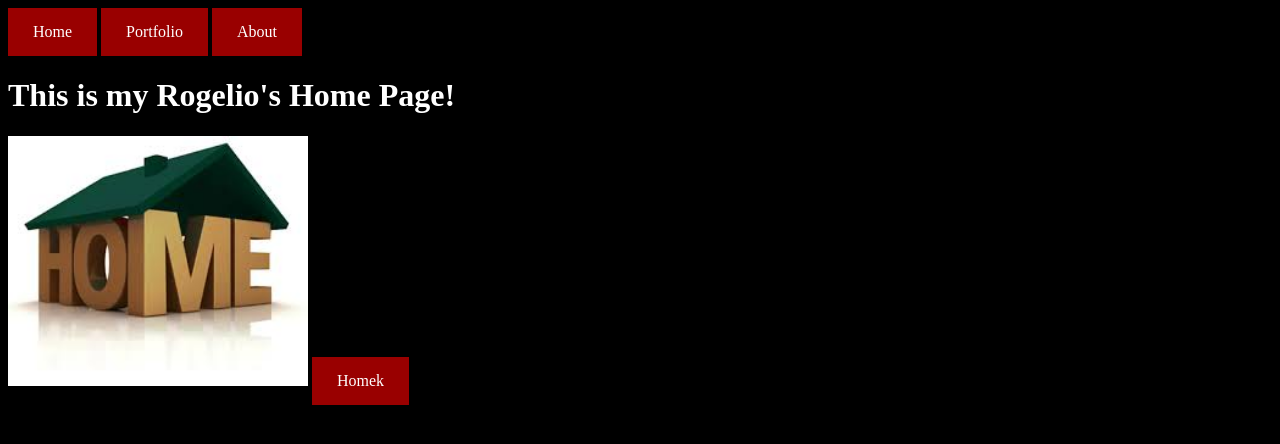
Repository: ralcocer1890/ralcocer1890.github.io
Page: my_website/index.html
The author's editor kept a record of every edit. The page is drawn from the files as they stood at one moment, then again after the next edit.
The browser window is 1280 px wide. The pictures show the whole page.

Above is the page before.

### my_website/index.html
<!doctype html>
<html lang="en">
  <head>

    <meta charset="utf-8">
    <title>Home</title>
  </head>
  <body>
    <a href="index.html">Home</a>
    <a href="portfolio.html">Portfolio</a>
    <a href="about.html">About</a>
    <h1>This is my Rogelio's Home Page!</h1>
    <img src="images/home.jpg" height="250">

    <style>
h1 {color:white;}
</style>

<body style="background-color:black;">

  <style>
a:link, a:visited {
  background-color: #990000;
  color: white;
  padding: 15px 25px;
  text-align: center;
  text-decoration: none;
  display: inline-block;
}

a:hover, a:active {
  background-color: black;
}
</style>
</head>
<body>

<a href="index.html" target="_blank">Homek</a>

  </body>
</html>

After the next edit:
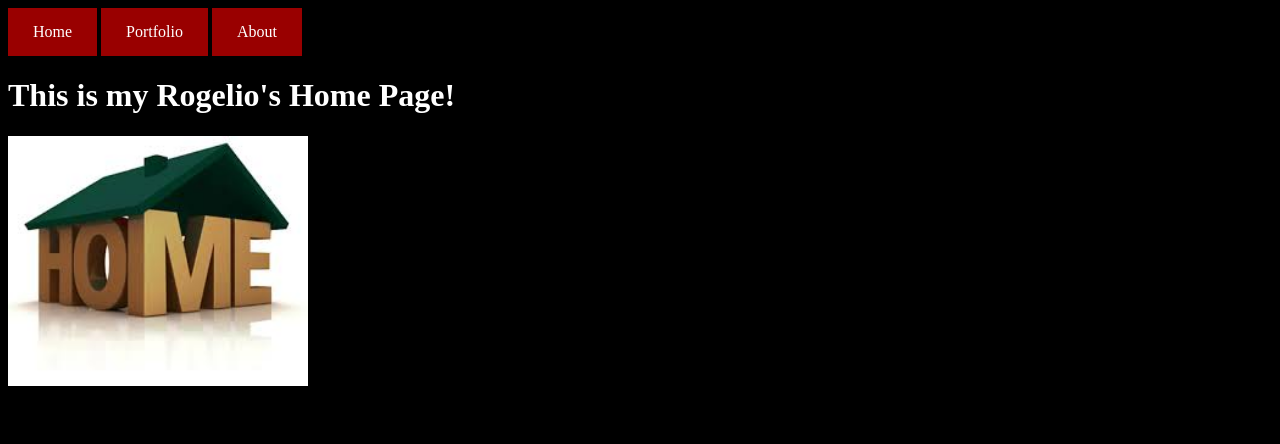
The edit:
--- a/my_website/index.html
+++ b/my_website/index.html
@@ -35,7 +35,5 @@
 </head>
 <body>
 
-<a href="index.html" target="_blank">Homek</a>
-
   </body>
 </html>
